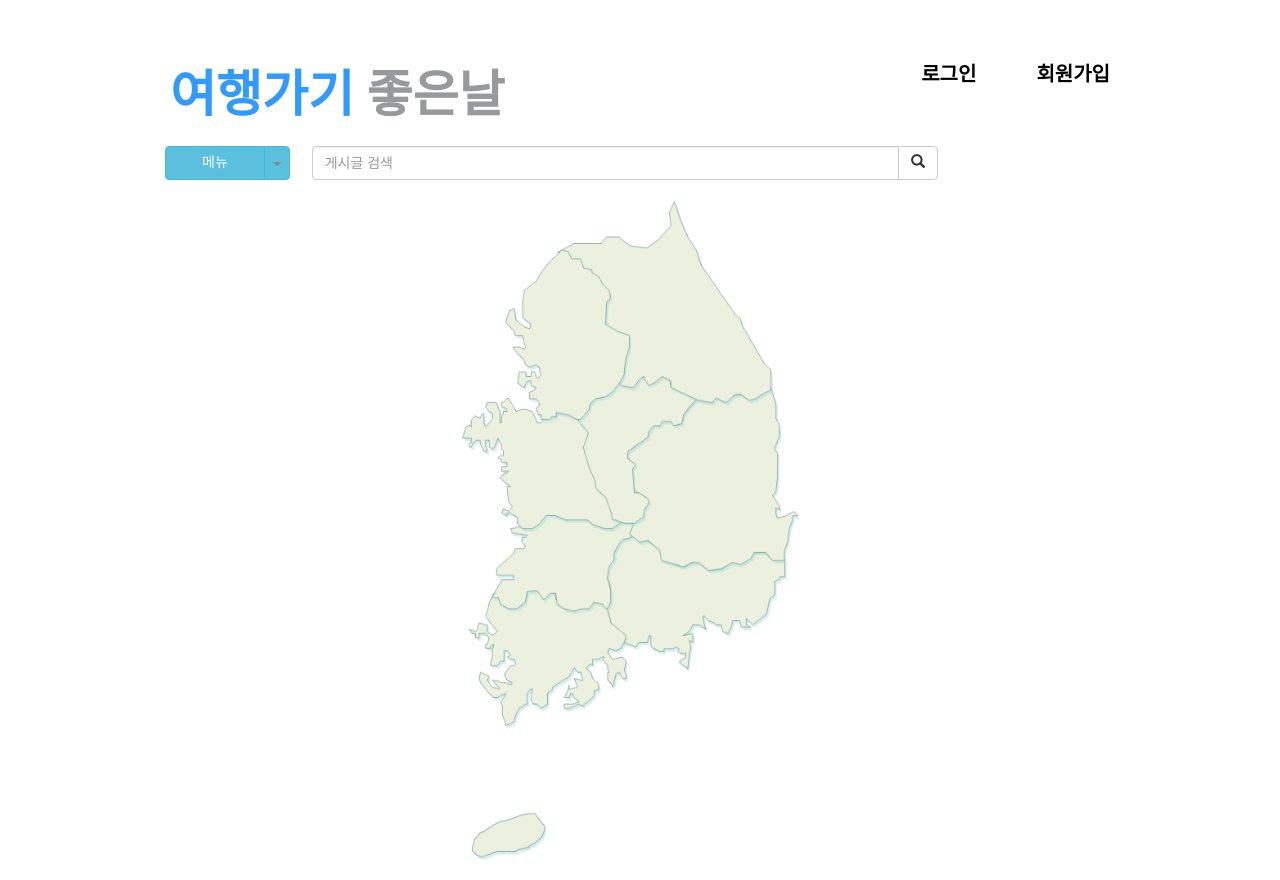
Repository: Hotmintchoco/teamProject1
Page: http://localhost/tripProject/mypage.jsp
The author's editor kept a copy of each file at every save. The page is drawn from the files as they stood at one save, then again after the next save.
The browser window is 1280 px wide. The pictures show the whole page.
Some web fonts or font styles are not loaded; a fallback is used. The page is served by Tomcat 9. Nobody is signed in. The application's start-up code is not run.

Above is the page before, as saved 2022-07-02 11:52:57.

After the next save:
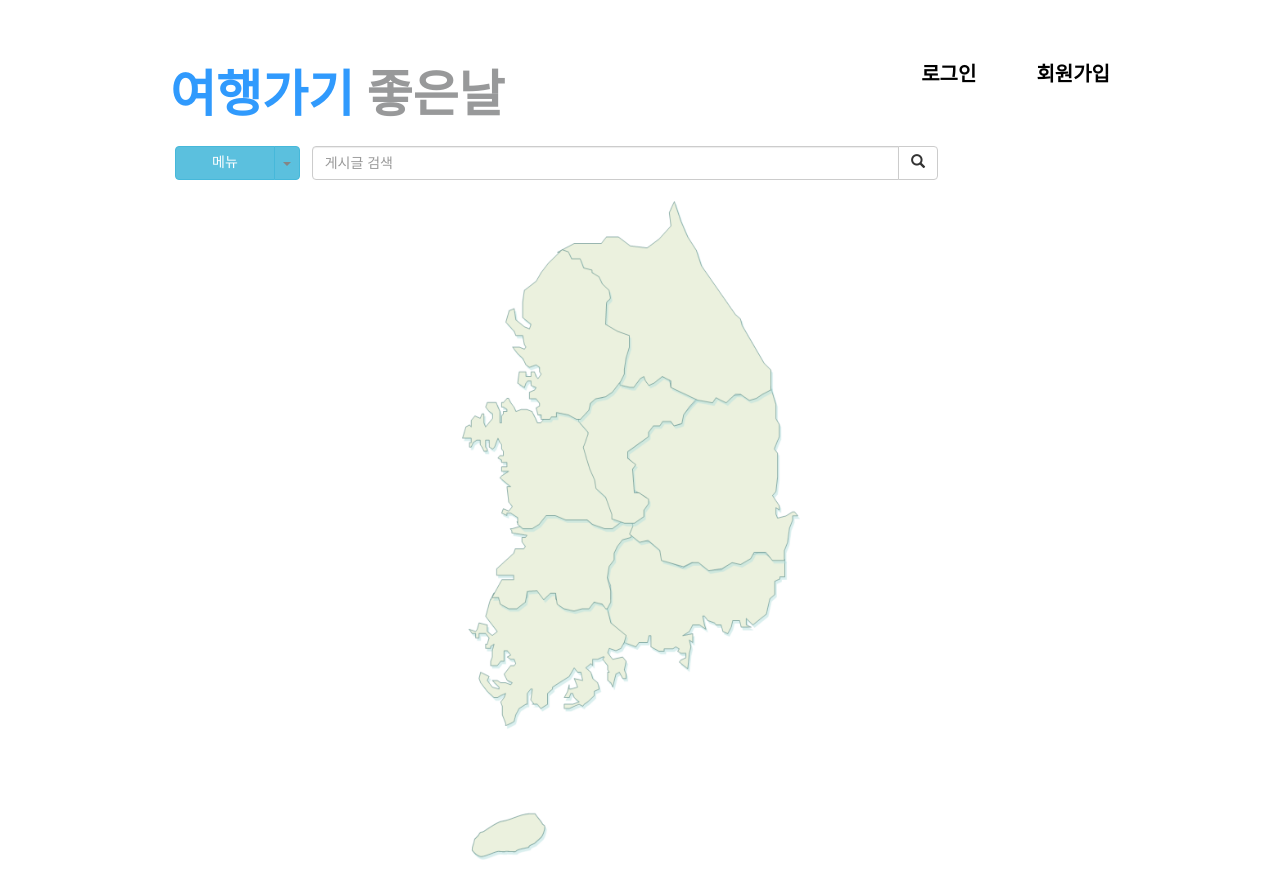
Saved 28 s later.
--- a/tripProject/src/main/webapp/mypage.jsp
+++ b/tripProject/src/main/webapp/mypage.jsp
@@ -46,7 +46,7 @@
 			<tbody>
 				<tr style="width: 100%;">
 					<td style="width: 17%;">
-						<div class="btn-group" style="margin-left: 25px;">
+						<div class="btn-group" style="margin-left: 35px;">
 							<button type="button" class="btn btn-info" style="width:100px;">메뉴</button>
 							<button type="button" class="btn btn-info dropdown-toggle"
 								data-toggle="dropdown">
